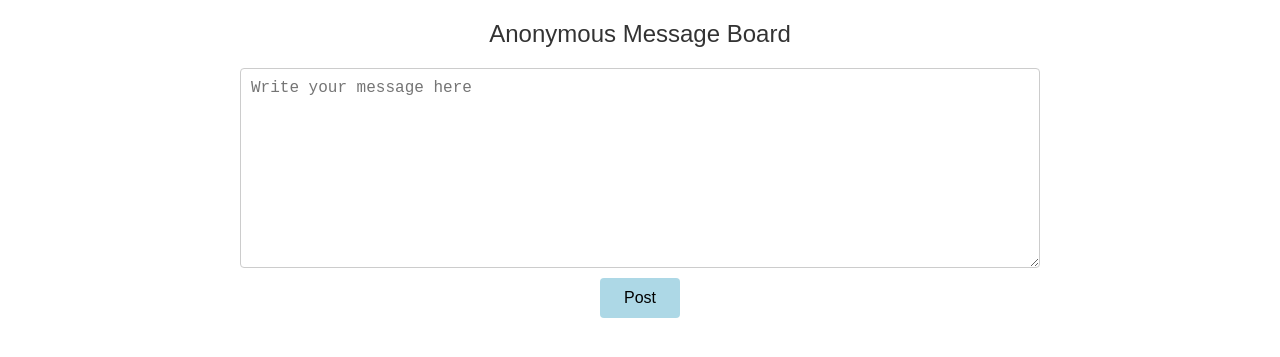
Repository: pilar122/tycha-os
Page: html1.html
These files come from the project's save history. The page is drawn as it stood at one moment and after the next save; the edit follows.
The browser window is 1280 px wide. The pictures show the whole page.

Above is the page before, as saved 2023-01-06 11:48:00.

### html1.html
<DOCTYPE html>
    <html>
        <head>
            <title>Tychaios</title>
            <link rel="stylesheet" type="text/css" href="style.css">
        </head>
        <body>
            <div id="container">
                <h1> Anonymous Message Board</h1>
                <form id ="message-form">
                    <textarea id="message" placeholder="Write your message here"></textarea>
                    <button type="submit">Post</button>
                </form>
                <div id="messages"></div>
            </div>
            <script src="Script.js"></script>
        </body>
    </html>

### Style.css
body {
    font-family: sans-serif;
    margin: 0;
    padding: 0;
}

#container {
    max-width: 800px;
    margin: 0 auto;
    padding: 20px;
    text-align: center;
}

h1 {
    margin: 0;
    font-size: 24px;
    font-weight: normal;
    color: #333;
}

form {
    margin-top: 20px;
    display: flex;
    flex-direction: column;
    align-items: center;
}

textarea{
    width: 100%;
    max-width: 800px;
    height: 200px;
    margin-bottom: 10px;
    font-size: 16px;
    padding: 10px;
    border: 1px solid #ccc;
    border-radius: 4px;
    box-sizing: border-box;
}

button {
    width: 80px;
    height: 40px;
    font-size: 16px;
    background-color: lightblue;
    border: none;
    border-radius: 4px;
    cursor: pointer;
}

button:hover {
    background-color: #aaa;
}

.message {
    margin-top: 20px;
    padding: 20px;
    border: 1px solid #ccc;
    border-radius: 4px;
    box-sizing: border-box;
    width: 100%;
    max-width: 800px;
}

.message p {
    margin: 0;
    font-size: 16px;
}

.message .comments {
    margin-top: 10px;

}

.message .comment {
    margin-top: 10px;
    padding: 10px;
    border-left: 1 px solid #ccc;
    font-size: 14px;
}

.message .comment {
    margin: 0;
}

### Script.js
document.addEventListener('DOMContentLoaded', () => {
    const form = document.getElementById('message-form');
    const messages = document.getElementById('messages');

    form.addEventListener('submit', (event) => {
      event.preventDefault();
      const message = document.getElementById('message').value;
      if (message) {
        const div = document.createElement('div');
        div.classList.add('message');
        div.innerHTML = `
          <p>${message}</p>
          <div class="comments"></div>
        `;
        messages.appendChild(div);
        form.reset();
      }
    });

    messages.addEventListener('click', (event) => {
      if (event.target.classList.contains('comment-button')) {
        const messageDiv = event.target.parentElement.parentElement;
        const commentForm = messageDiv.querySelector('.comment-form');
        commentForm.classList.toggle('hidden');
      }
    });

    messages.addEventListener('submit', (event) => {
      event.preventDefault();
      if (event.target.classList.contains('comment-form')) {
        const comment = event.target.querySelector('.comment-input').value;
        if (comment) {
          const commentsDiv = event.target.parentElement.querySelector('.comments');
          const commentDiv = document.createElement('div');
          commentDiv.classList.add('comment');
          commentDiv.innerHTML = `<p>${comment}</p>`;
          commentsDiv.appendChild(commentDiv);
          event.target.reset();
        }
      }
    });
  });

After the next save:
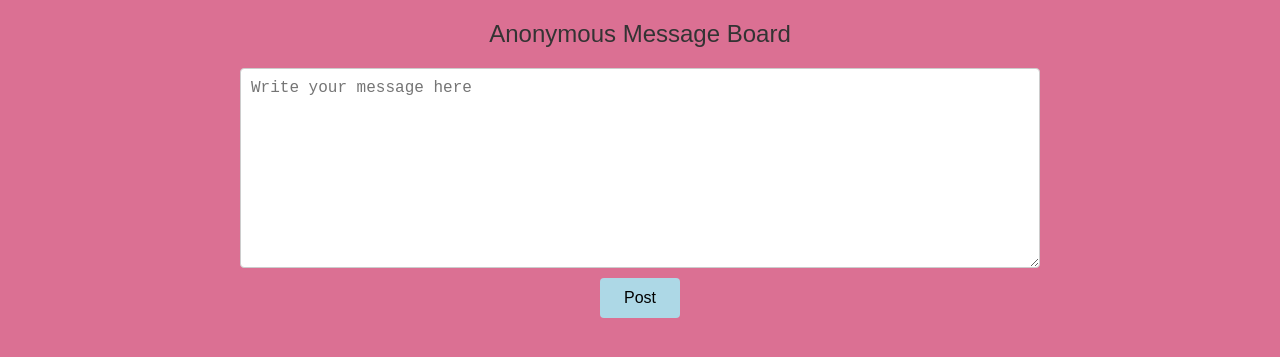
Saved 98 s later.
--- a/Style.css
+++ b/Style.css
@@ -2,6 +2,7 @@ body {
     font-family: sans-serif;
     margin: 0;
     padding: 0;
+    background-color: palevioletred;
 }
 
 #container {
